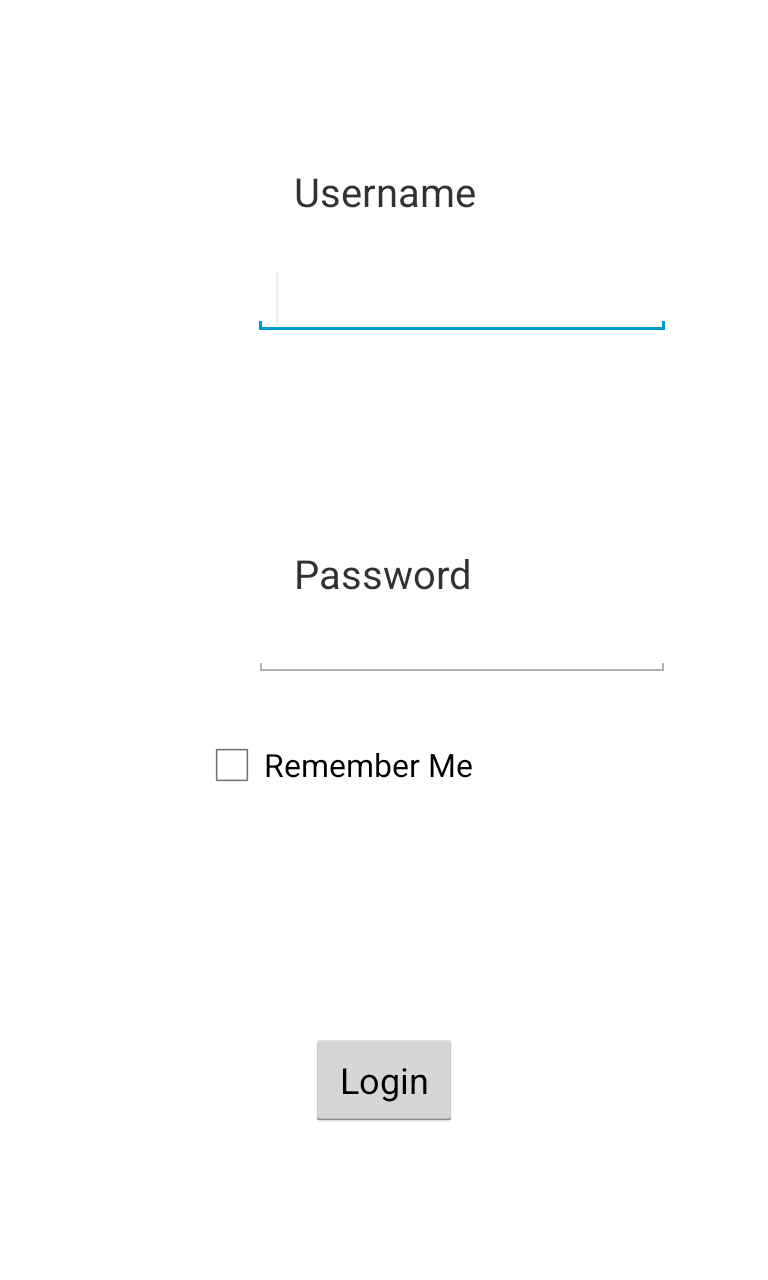
Repository: emeryduh/AndroidProject
Layout: client/TeamJonesProject/res/layout/activity_login.xml
These files come from the project's save history. The layout is drawn as it stood at one moment and after the next save; the edit follows.
It is drawn on a 768 x 1280 px phone screen (xhdpi) without system bars, with theme AppTheme; the app's code is not run.

Above is the layout before, as saved 2014-10-01 01:12:35.

After the next save:
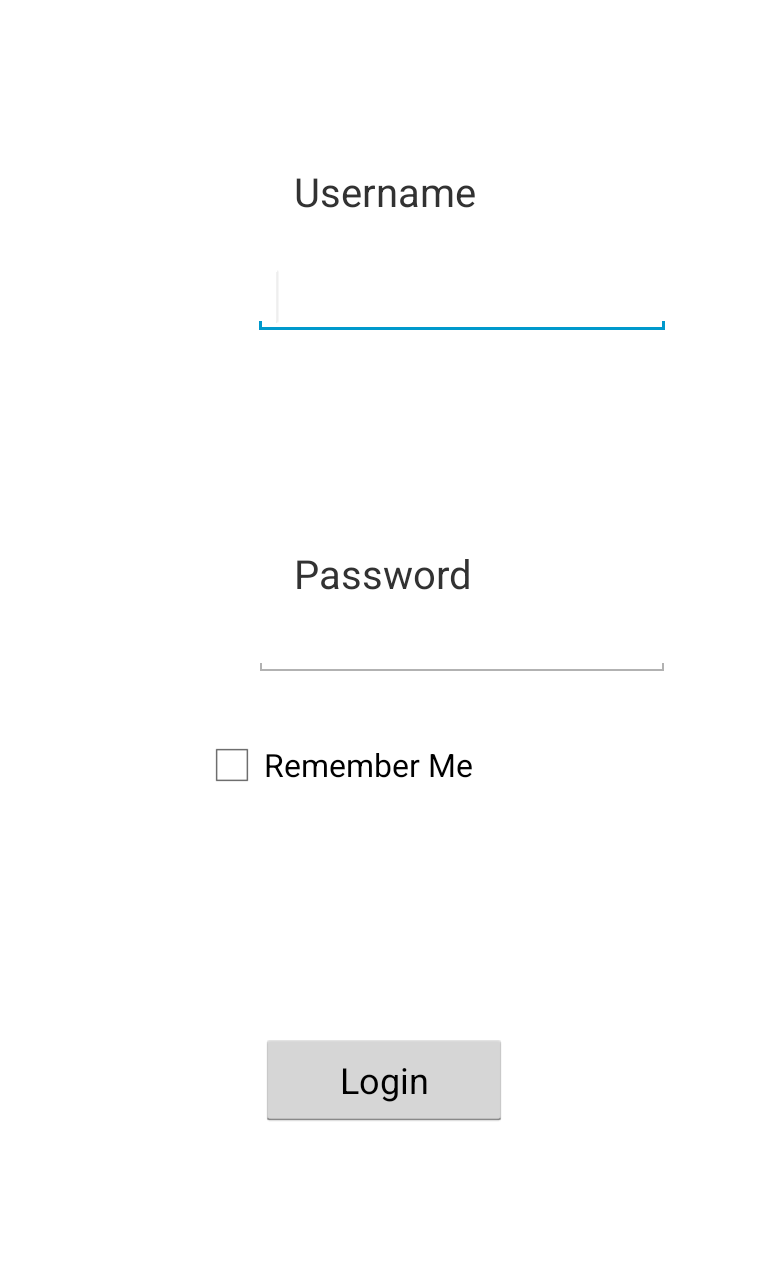
Saved 16 s later.
--- a/client/TeamJonesProject/res/layout/activity_login.xml
+++ b/client/TeamJonesProject/res/layout/activity_login.xml
@@ -10,7 +10,7 @@
 
     <Button
         android:id="@+id/loginButton"
-        android:layout_width="150px"
+        android:layout_width="250px"
         android:layout_height="wrap_content"
         android:layout_alignParentBottom="true"
         android:layout_centerHorizontal="true"
